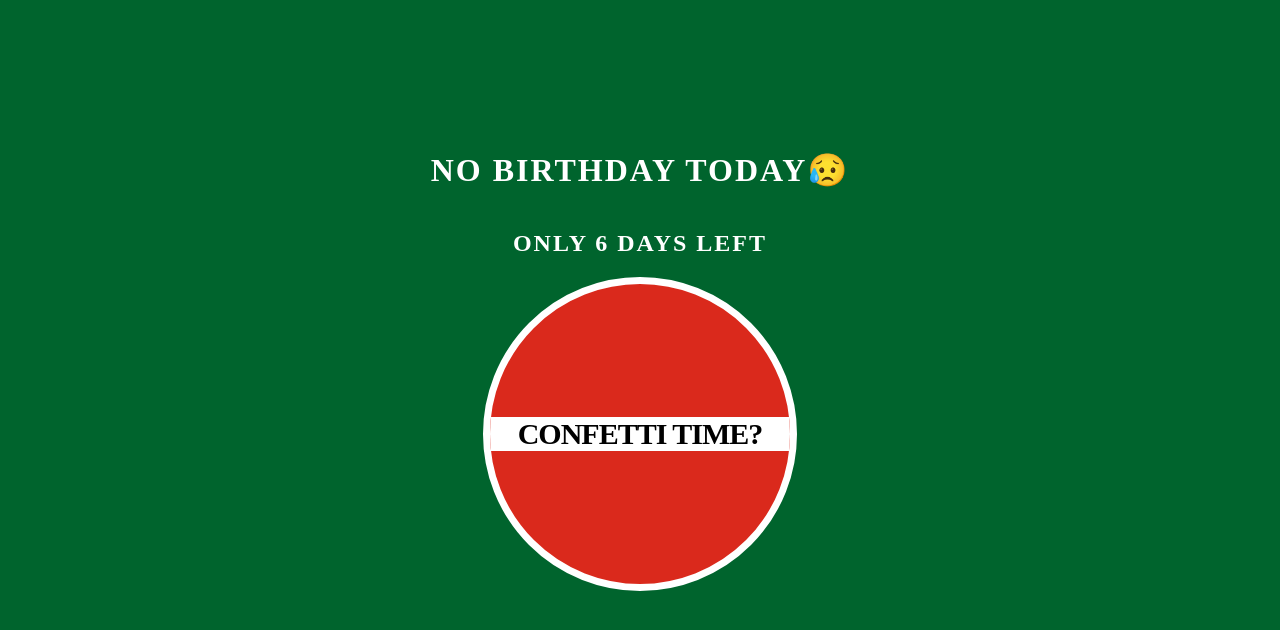
Repository: David-Waite/HannahsBirthdayWebsite
Page: /
An editor plug-in stored every save of this project. The page is shown before and after the next save, followed by the edit.
The browser window is 1280 px wide. The pictures show the whole page.
The project was rebuilt for these pictures with package versions that can differ from the ones it lists, and the page was loaded fresh each time.

Above is the page before, as saved 2023-03-30 18:42:28.

### public/index.html
<!DOCTYPE html>
<html lang="en">
  <head>
    <meta charset="utf-8" />
    <link rel="icon" href="%PUBLIC_URL%/favicon.ico" />
    <meta name="viewport" content="width=device-width, initial-scale=1" />
    <meta name="theme-color" content="#000000" />
    <meta
      name="description"
      content="Web site created using create-react-app"
    />
    <link rel="apple-touch-icon" href="%PUBLIC_URL%/logo192.png" />
    <!--
      manifest.json provides metadata used when your web app is installed on a
      user's mobile device or desktop. See https://developers.google.com/web/fundamentals/web-app-manifest/
    -->
    <link rel="manifest" href="%PUBLIC_URL%/manifest.json" />
    <!--
      Notice the use of %PUBLIC_URL% in the tags above.
      It will be replaced with the URL of the `public` folder during the build.
      Only files inside the `public` folder can be referenced from the HTML.

      Unlike "/favicon.ico" or "favicon.ico", "%PUBLIC_URL%/favicon.ico" will
      work correctly both with client-side routing and a non-root public URL.
      Learn how to configure a non-root public URL by running `npm run build`.
    -->
    <link rel="preconnect" href="https://fonts.googleapis.com" />
    <link rel="preconnect" href="https://fonts.gstatic.com" crossorigin />
    <link
      href="https://fonts.googleapis.com/css2?family=Roboto&display=swap"
      rel="stylesheet"
    />
    <title>Hannah's Birthday?</title>
  </head>
  <body>
    <noscript>You need to enable JavaScript to run this app.</noscript>
    <div id="root"></div>
    <!--
      This HTML file is a template.
      If you open it directly in the browser, you will see an empty page.

      You can add webfonts, meta tags, or analytics to this file.
      The build step will place the bundled scripts into the <body> tag.

      To begin the development, run `npm start` or `yarn start`.
      To create a production bundle, use `npm run build` or `yarn build`.
    -->
  </body>
</html>

### src/index.css
body {
  margin: 0;
  font-family: "Libre Baskerville", serif;
  -webkit-font-smoothing: antialiased;
  -moz-osx-font-smoothing: grayscale;
  letter-spacing: 2px;
}

.App {
  width: 100vw;
  height: 100vh;
  display: flex;
  flex-direction: column;
  align-items: center;
  justify-content: center;
  background-color: #00642d;
  color: white;
}

.buttonCon {
  display: flex;
  align-items: center;
  justify-content: center;
  height: 300px;
  width: 300px;
  overflow: hidden;
  background-color: #da291c;
  border-radius: 50%;
  border: 7px solid white;
  cursor: pointer;
}
.buttonCon p {
  border: none;
  width: 100%;
  background-color: white;
  color: black;
  font-weight: bold;
  font-size: 30px;
  padding: 0;
  letter-spacing: -1px;
}

.buttonCon:hover {
  background-color: #a31f15;
}

### src/App.js
import "./App.css";

import Confetti from "react-confetti";

import { useState } from "react";

function App() {
  const [confetti, setConfetti] = useState(null);
  const [buttonText, setButtonText] = useState("CONFETTI TIME?");
  function isBirthdayToday() {
    const date = new Date();
    if (date.getMonth() === 3 && date.getDate() === 5) {
      return true;
    }
    return false;
  }

  function rainConfetti() {
    if (isBirthdayToday()) {
      setConfetti(true);
      setButtonText("CONFETTI TIME!");
    } else {
      setButtonText("NO");
    }
  }

  function getDaysUntilBirthday() {
    const date = new Date();
    const hannahBday = new Date(date.getFullYear(), 3, 5);
    const hannahBdayNextYear = new Date(date.getFullYear() + 1, 3, 5);
    const oneDay = 1000 * 60 * 60 * 24;

    let daysUntilBirthday;
    if (hannahBday < date) {
      daysUntilBirthday =
        Math.ceil(hannahBdayNextYear.getTime() - date.getTime()) / oneDay;
    } else {
      daysUntilBirthday =
        Math.ceil(hannahBday.getTime() - date.getTime()) / oneDay;
    }

    return daysUntilBirthday;
  }

  // 5th april
  let birthdayText;
  if (isBirthdayToday()) {
    birthdayText = <h1>HAPPY BIRTHDAY!🥳</h1>;
  } else {
    birthdayText = (
      <>
        <h1>NO BIRTHDAY TODAY😥</h1>
        <h2>ONLY {Math.ceil(getDaysUntilBirthday())} DAYS LEFT</h2>
      </>
    );
  }
  console.log(isBirthdayToday());
  const date = new Date();

  return (
    <div className="App">
      {confetti && <Confetti />}

      {birthdayText}
      <div className="buttonCon">
        <p onClick={rainConfetti}>{buttonText}</p>
      </div>
    </div>
  );
}

export default App;

Loaded but not shown: src/index.js (common file); src/reportWebVitals.js (common file); src/App.css (common file)

After the next save:
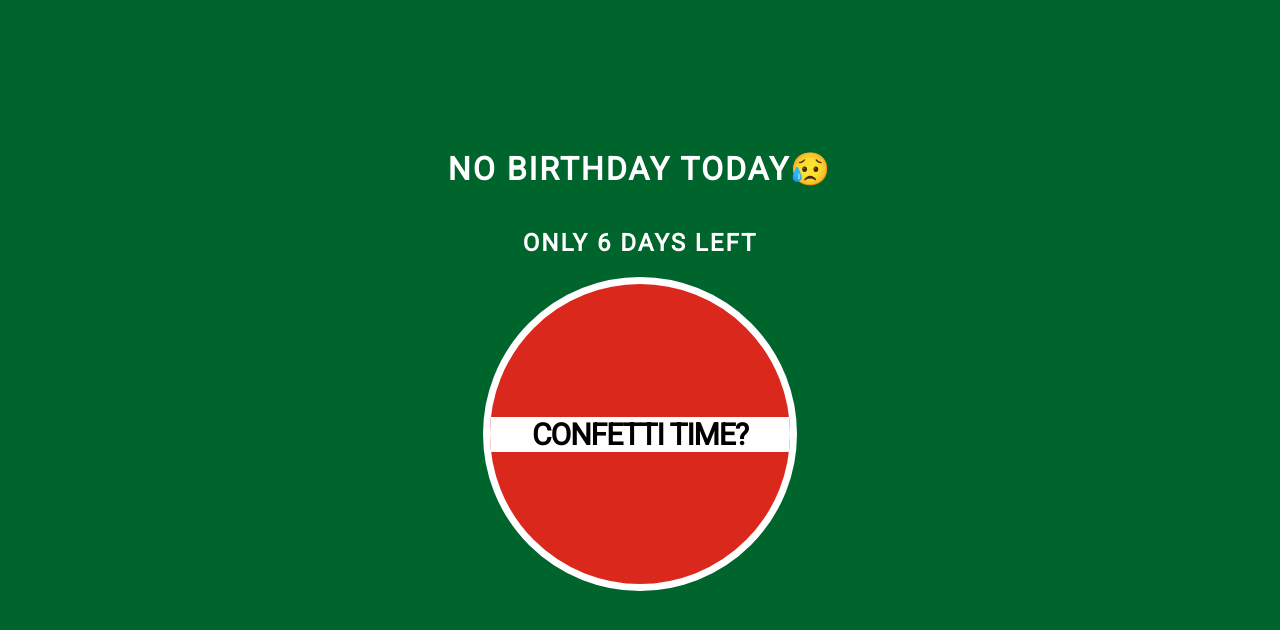
Saved 8 s later.
--- a/src/index.css
+++ b/src/index.css
@@ -1,6 +1,6 @@
 body {
   margin: 0;
-  font-family: "Libre Baskerville", serif;
+  font-family: "Roboto", sans-serif;
   -webkit-font-smoothing: antialiased;
   -moz-osx-font-smoothing: grayscale;
   letter-spacing: 2px;
